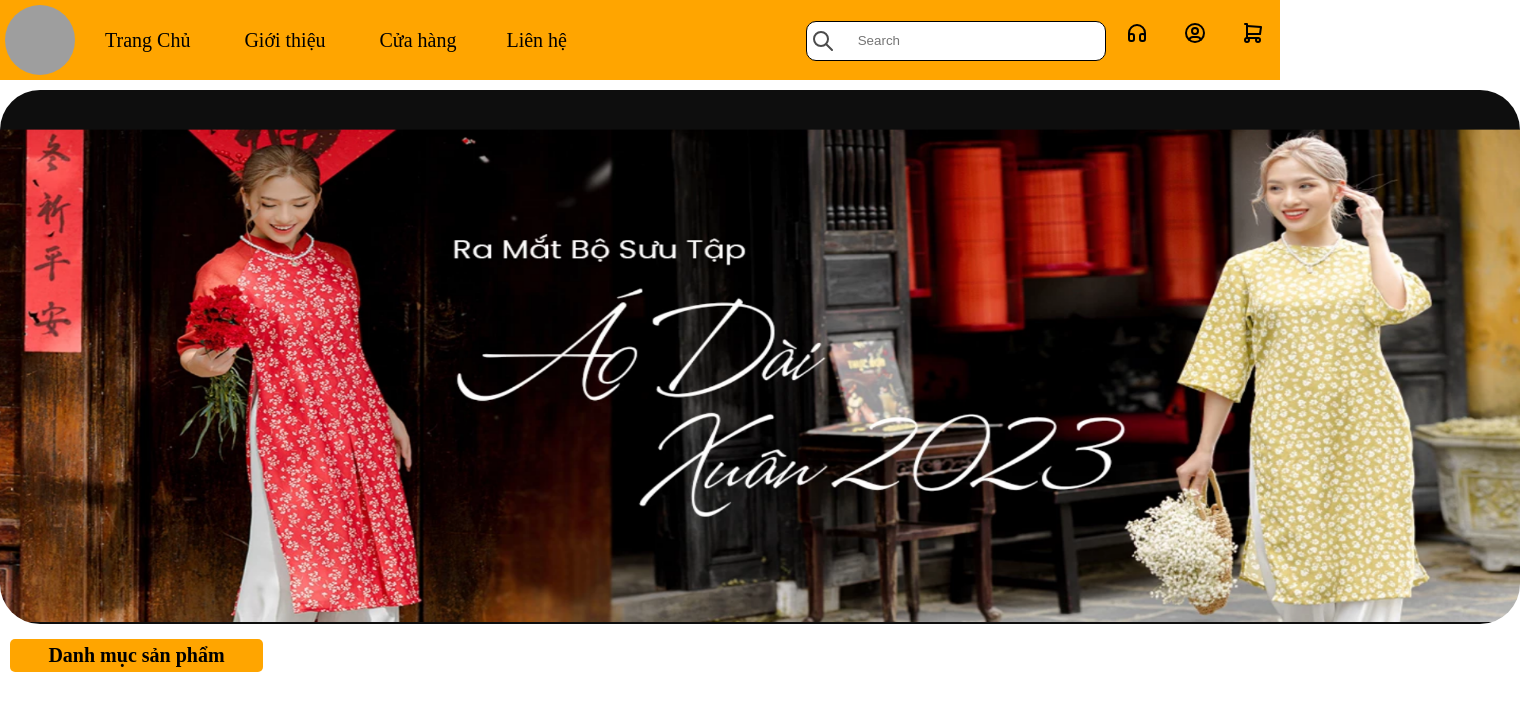
Repository: manhhieu120499/test-page
Page: index.html
An editor plug-in stored every save of this project. The page is shown before and after the next save, followed by the edit.
The browser window is 1280 px wide. The page is 1520 px wide, so the pictures cover 1520 px, including what lies to the right of the window. The pictures show the whole page.
Pictures or frames that could not be fetched are drawn as grey boxes.

Above is the page before, as saved 2023-01-11 23:52:36.

### index.html
<!DOCTYPE html>
<html lang="en">

<head>
    <meta charset="UTF-8">
    <meta http-equiv="X-UA-Compatible" content="IE=edge">
    <meta name="viewport" content="width=device-width, initial-scale=1.0">
    <title>Document</title>
    <link rel="stylesheet" href="./style.css">
</head>

<body>
    <div id="header">
        <div class="left-sidebar">
            <img src="https://t3.ftcdn.net/jpg/03/02/36/70/360_F_302367092_vmqO9rSPmluZJFuOFFNzjGwimbChoIAZ.jpg"
                alt="logo-shop">
            <ul class="sub-menu">
                <li><a href="#">Trang Chủ</a></li>
                <li><a href="#">Giới thiệu</a></li>
                <li><a href="#">Cửa hàng</a< /li>
                <li><a href="#">Liên hệ</a></li>
            </ul>

        </div>

        <div class="right-sidebar">
            <input type="text" placeholder="           Search" />
            <a href="#" class="search">
                <svg xmlns="http://www.w3.org/2000/svg" class="icon icon-tabler icon-tabler-search" width="24" height="24" viewBox="0 0 24 24" stroke-width="2" stroke="currentColor" fill="none" stroke-linecap="round" stroke-linejoin="round">
                    <path stroke="none" d="M0 0h24v24H0z" fill="none"></path>
                    <circle cx="10" cy="10" r="7"></circle>
                    <line x1="21" y1="21" x2="15" y2="15"></line>
                 </svg>
            </a>
            <a href="#" class="telesale">
                <svg xmlns="http://www.w3.org/2000/svg" class="icon icon-tabler icon-tabler-headphones" width="24"
                    height="24" viewBox="0 0 24 24" stroke-width="2" stroke="currentColor" fill="none"
                    stroke-linecap="round" stroke-linejoin="round">
                    <path stroke="none" d="M0 0h24v24H0z" fill="none"></path>
                    <rect x="4" y="13" rx="2" width="5" height="7"></rect>
                    <rect x="15" y="13" rx="2" width="5" height="7"></rect>
                    <path d="M4 15v-3a8 8 0 0 1 16 0v3"></path>
                </svg>
            </a>
            <a href="#" class="person">
                <svg xmlns="http://www.w3.org/2000/svg" class="icon icon-tabler icon-tabler-user-circle" width="24"
                    height="24" viewBox="0 0 24 24" stroke-width="2" stroke="currentColor" fill="none"
                    stroke-linecap="round" stroke-linejoin="round">
                    <path stroke="none" d="M0 0h24v24H0z" fill="none"></path>
                    <circle cx="12" cy="12" r="9"></circle>
                    <circle cx="12" cy="10" r="3"></circle>
                    <path d="M6.168 18.849a4 4 0 0 1 3.832 -2.849h4a4 4 0 0 1 3.834 2.855"></path>
                </svg>
            </a>
            <a href="#" class="shopping-cart">
                <svg xmlns="http://www.w3.org/2000/svg" class="icon icon-tabler icon-tabler-shopping-cart" width="24"
                    height="24" viewBox="0 0 24 24" stroke-width="2" stroke="currentColor" fill="none"
                    stroke-linecap="round" stroke-linejoin="round">
                    <path stroke="none" d="M0 0h24v24H0z" fill="none"></path>
                    <circle cx="6" cy="19" r="2"></circle>
                    <circle cx="17" cy="19" r="2"></circle>
                    <path d="M17 17h-11v-14h-2"></path>
                    <path d="M6 5l14 1l-1 7h-13"></path>
                </svg>
            </a>
        </div>
    </div>

    <div class="body">
        <div class="shop-picture">
            <img src="./logo-tet.png" alt="picture">
        </div>
        <span>Danh mục sản phẩm</span>
    </div>

    <div id="footer">

    </div>
</body>

</html>

### style.css
* {
    margin: 0;
    padding: 0;
    box-sizing: border-box;
}

#header {
    width: 100vw;
    height: 80px;
    background-color: orange;
    display: flex;
    justify-content: space-between;
}

.left-sidebar {
    display: flex;
}

.left-sidebar img {
    width: 70px;
    height: 70px;
    border-radius: 50%;
    margin: 5px;
}

.sub-menu li {
   list-style: none;
   display: inline-block;
   line-height: 80px;
   padding: 0px 25px;
}

.sub-menu li a {
    text-decoration: none;
    color: black;
    font-size: 20px;
}

.right-sidebar a {
    display: inline-block;
    line-height: 80px;
    padding: 0 15px;
    color: black;
}

input {
    padding: 10px 10px;
    width: 300px;
    height: 40px;
    border: 1px solid black;
    border-radius: 10px;
    position: relative;
}

.search {
    position: absolute;
    right: 430px;
    top: 8px;
    opacity: 0.7;
}

body {
    height: 100vh;
}

.shop-picture img {
    display: block;
    height: 534px;
    width: 1520px;
    margin: 10px auto;
    border-radius: 40px;
}

span {
    text-align: center;
    width: 253px;
    padding: 5px 0;
    border-radius: 5px;
    background-color: orange;
    font-weight: bold;
    margin-left: 10px;
    margin-top: 15px;
    display: block;
    font-size: 20px;
}

After the next save:
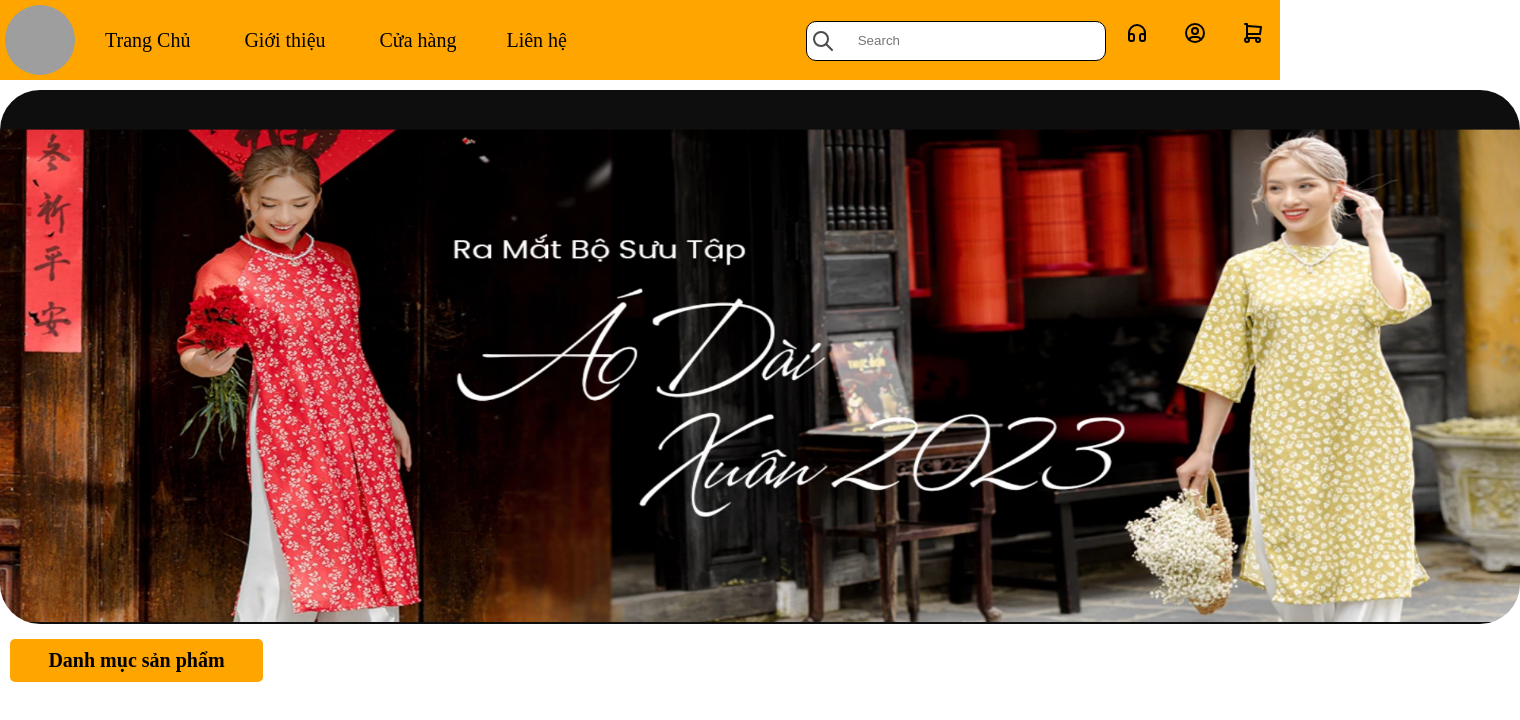
Saved 18 s later.
--- a/style.css
+++ b/style.css
@@ -74,7 +74,7 @@ body {
 span {
     text-align: center;
     width: 253px;
-    padding: 5px 0;
+    padding: 10px 0;
     border-radius: 5px;
     background-color: orange;
     font-weight: bold;
